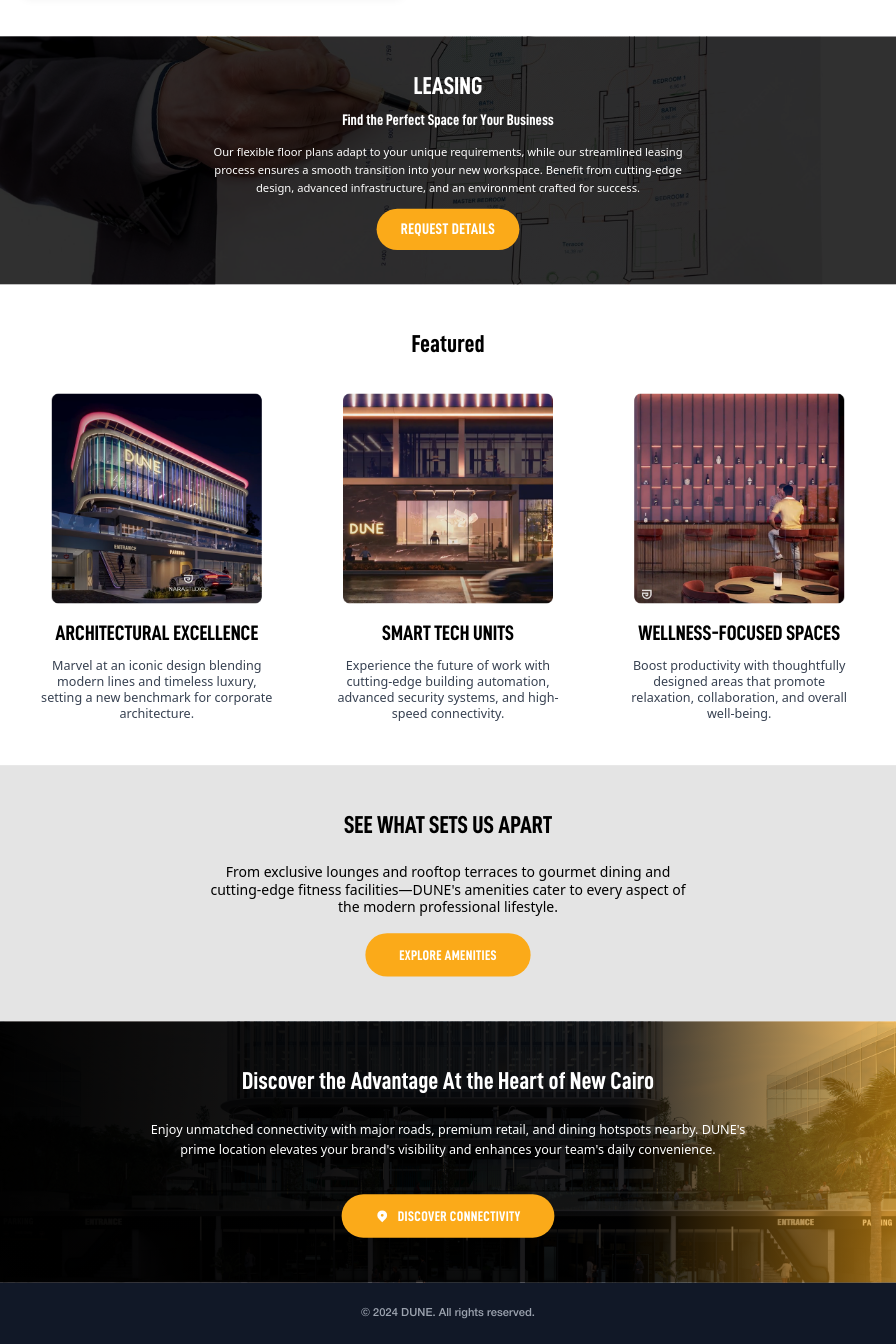
Repository: ahmedassr5765/dune
Page: index.html
The author's editor kept a copy of each file at every save. The page is drawn from the files as they stood at one save, then again after the next save.
The browser window is 1280 px wide. The pictures show the part of the page from y = 2053 to 3973 px (the page is 3973 px tall), at 70% of full size.
Some web libraries are served in a nearby version.

Above is the page before, as saved 2025-07-12 19:15:57.

After the next save:
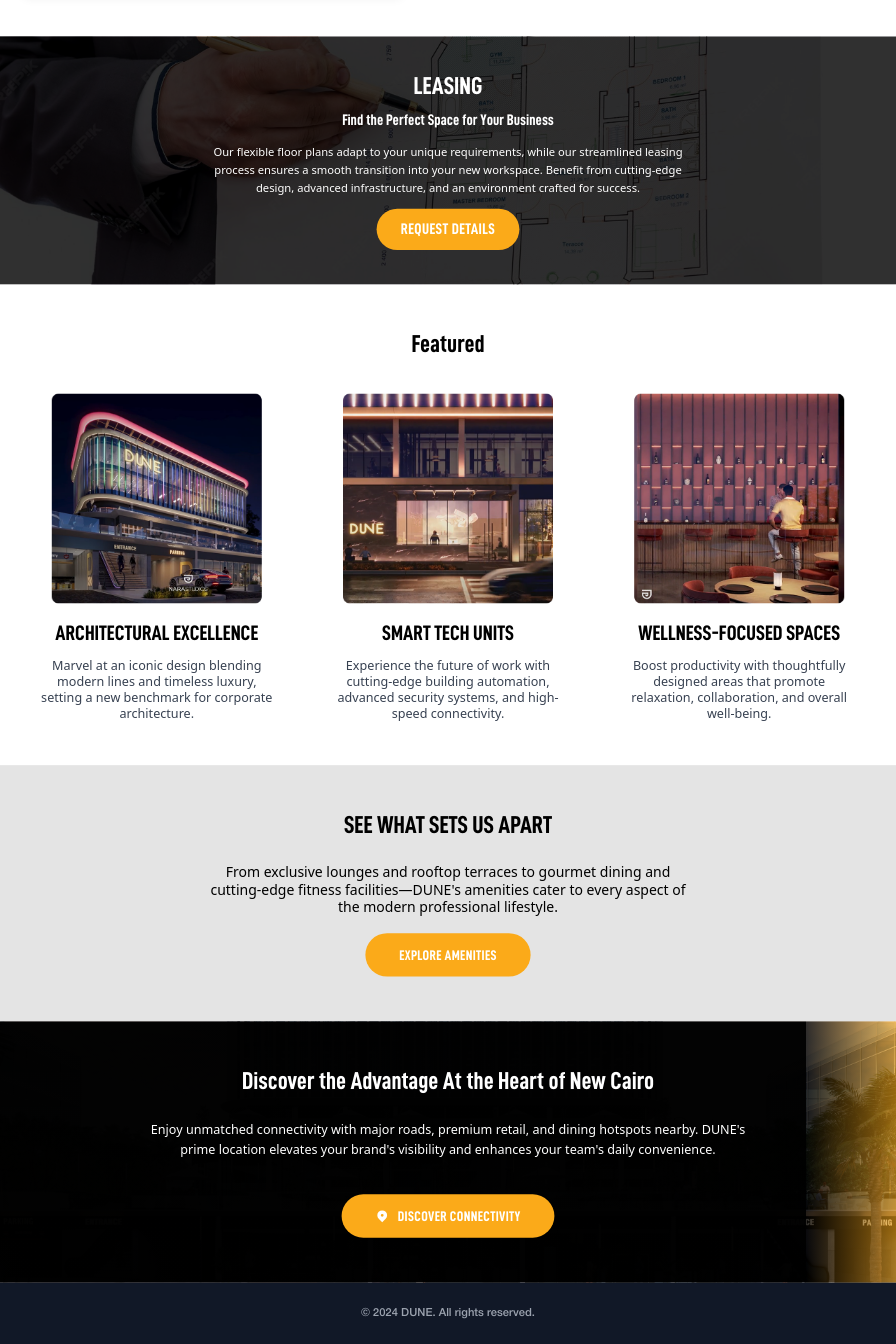
Saved 6 s later.
--- a/index.html
+++ b/index.html
@@ -400,7 +400,7 @@
     <section class="max-w-[1440px] mx-auto relative h-[373px] bg-cover bg-center bg-no-repeat" style="background-image: url('/images/discover.png');">
 
         <!-- Gradient Overlay -->
-        <div class="absolute inset-0" style="background: linear-gradient(to right, rgba(0,0,0,0.99) 0%, rgba(0,0,0,0.8) 70%, rgba(251,170,25,0.6) 100%, rgba(251,170,25,0.8) 100%);"></div>
+        <div class="absolute inset-0" style="background: linear-gradient(to right, rgba(0,0,0,0.99) 90%, rgba(0,0,0,0.8) 70%, rgba(251,170,25,0.6) 100%, rgba(251,170,25,0.8) 100%);"></div>
 
         <!-- Content -->
         <div class="relative z-10 h-full flex flex-col justify-center items-center text-center px-4 sm:px-6 lg:px-8">
